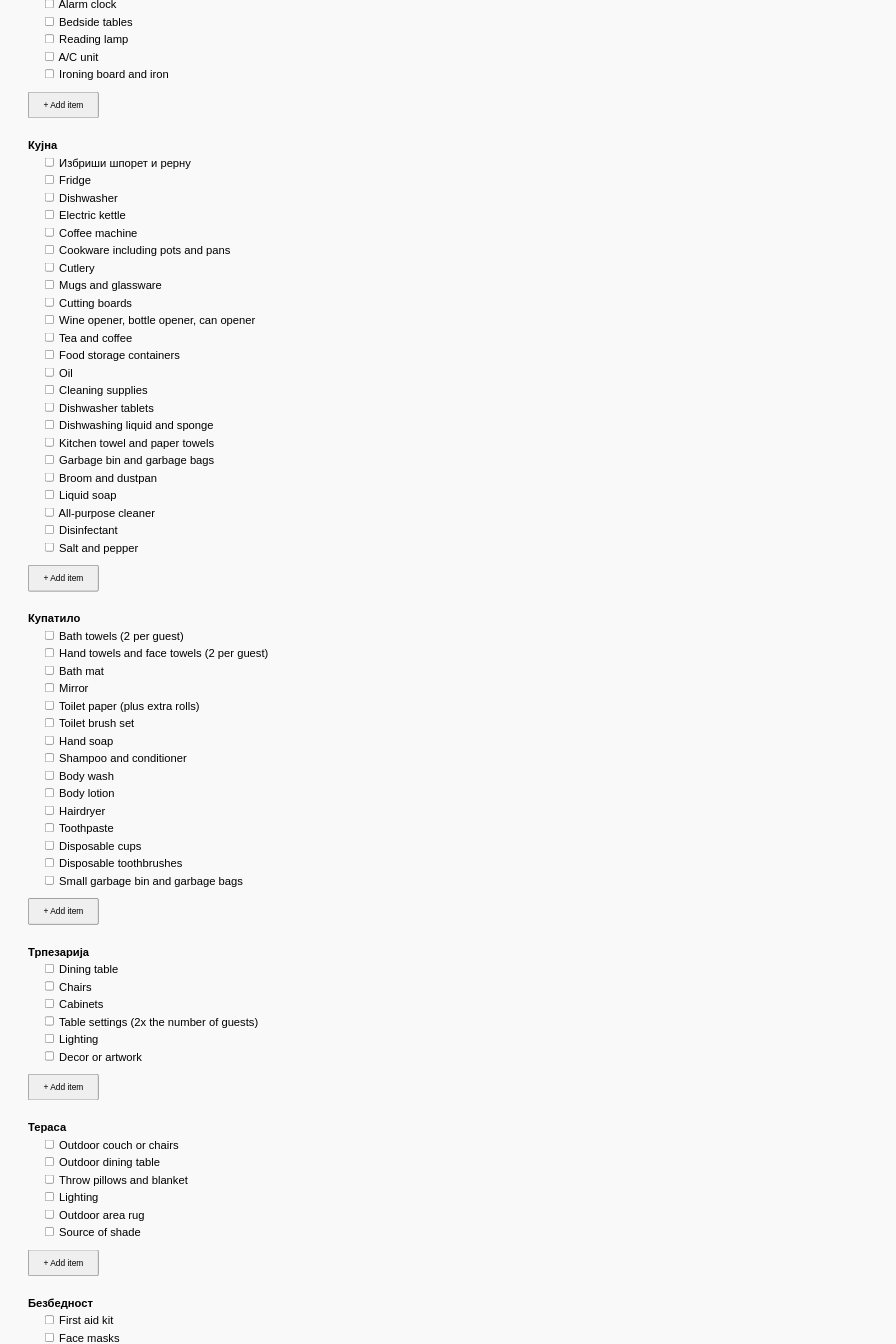
Repository: Z0ck0/Lynx-Apartment-Dashboard
Page: index.html
The author's editor kept a copy of each file at every save. The page is drawn from the files as they stood at one save, then again after a run of saves.
The browser window is 1280 px wide. The pictures show the part of the page from y = 1360 to 3280 px (the page is 4012 px tall before and 4262 px after), at 70% of full size.

Above is the page before, as saved 2025-05-29 11:13:26.

After the next 12 saves:
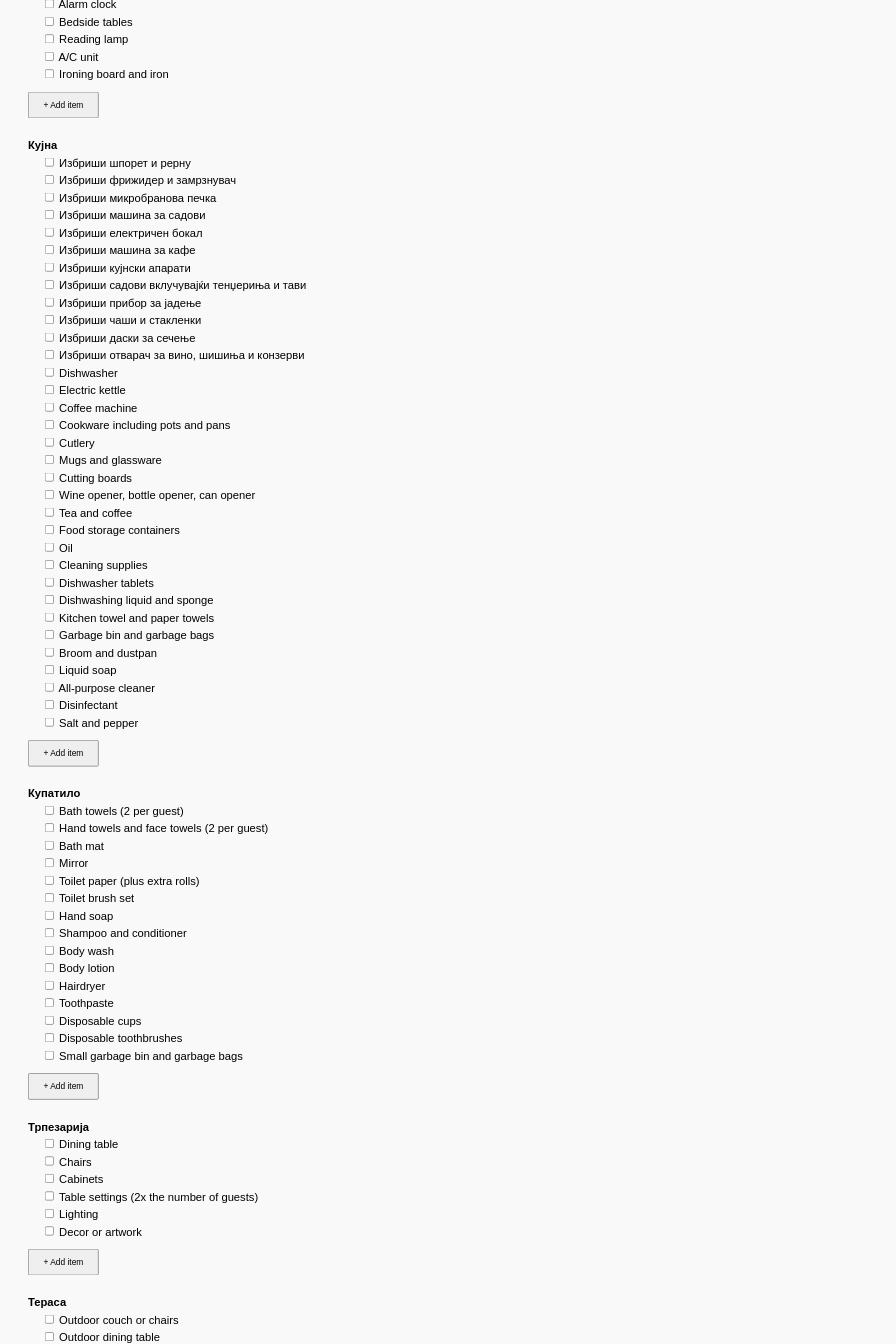
The 12 saves are shown as one change because they came seconds apart.
The last was saved 29 s later.
--- a/index.html
+++ b/index.html
@@ -230,7 +230,17 @@
         ],
         Кујна: [
           "Избриши шпорет и рерну",
-          "Fridge",
+          "Избриши фрижидер и замрзнувач",
+          "Избриши микробранова печка",
+          "Избриши машина за садови",
+          "Избриши електричен бокал",
+          "Избриши машина за кафе",
+          "Избриши кујнски апарати",
+          "Избриши садови вклучувајќи тенџериња и тави",
+          "Избриши прибор за јадење",
+          "Избриши чаши и стакленки",
+          "Избриши даски за сечење",
+          "Избриши отварач за вино, шишиња и конзерви",
           "Dishwasher",
           "Electric kettle",
           "Coffee machine",
